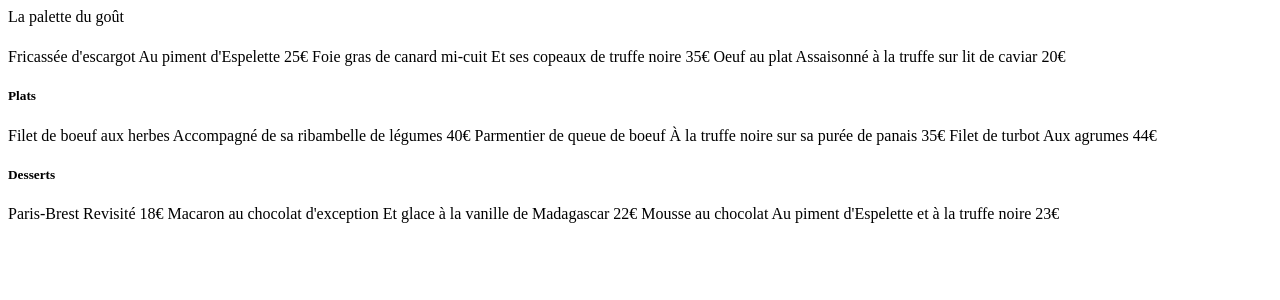
Repository: lysianebo/OHMYFOOD
Page: la_palette_du_goût.html
The author's editor kept a copy of each file at every save. The page is drawn from the files as they stood at one save, then again after the next save.
The browser window is 1280 px wide. The pictures show the whole page.

Above is the page before, as saved 2022-10-22 15:15:24.

### la_palette_du_goût.html
<!DOCTYPE html>
<html lang="en">
<head>
    <meta charset="UTF-8">
    <meta http-equiv="X-UA-Compatible" content="IE=edge">
    <meta name="viewport" content="width=device-width, initial-scale=1.0">
    <title>Document</title>
</head>
<body>
    La palette du goût

    <h5></h5>
    Fricassée d'escargot
    Au piment d'Espelette
    25€

    Foie gras de canard mi-cuit
    Et ses copeaux de truffe noire
    35€

    Oeuf au plat
    Assaisonné à la truffe sur lit de caviar
    20€


  <h5>Plats</h5>
    Filet de boeuf aux herbes
    Accompagné de sa ribambelle de légumes
    40€

    Parmentier de queue de boeuf
    À la truffe noire sur sa purée de panais
    35€

    Filet de turbot
    Aux agrumes
    44€

   <h5> Desserts </h5>
    Paris-Brest
    Revisité
    18€

    Macaron au chocolat d'exception
    Et glace à la vanille de Madagascar
    22€

    Mousse au chocolat
    Au piment d'Espelette et à la truffe noire
    23€

</body>
</html>

After the next save:
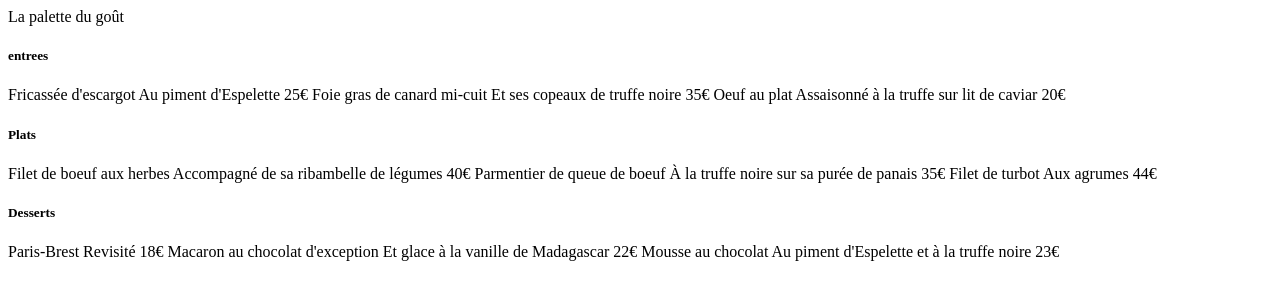
Saved 6 s later.
--- a/la_palette_du_goût.html
+++ b/la_palette_du_goût.html
@@ -9,7 +9,7 @@
 <body>
     La palette du goût
 
-    <h5></h5>
+    <h5>entrees</h5>
     Fricassée d'escargot
     Au piment d'Espelette
     25€
